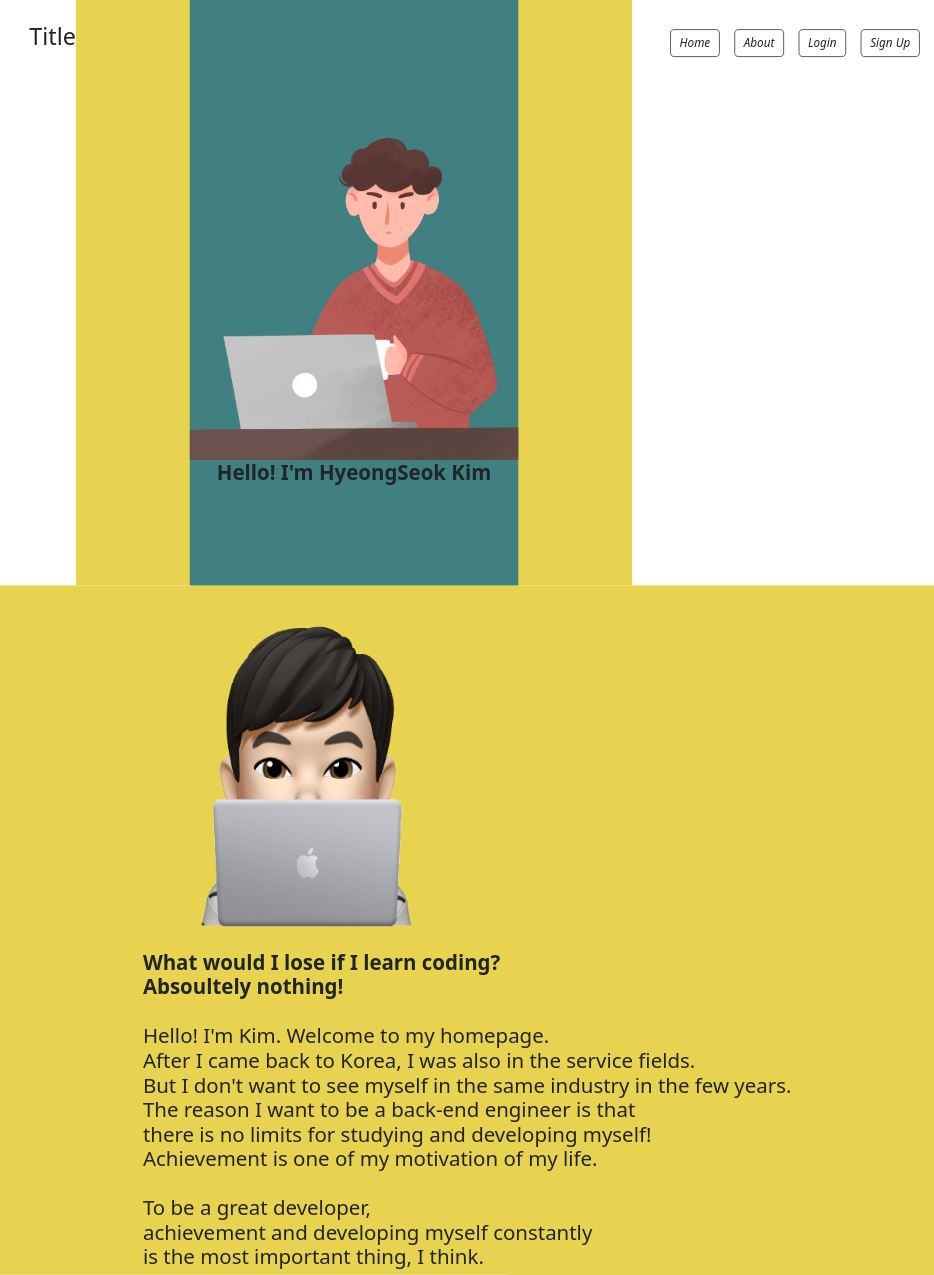
Repository: beruzz/ezen
Page: http://localhost/introduce/
The author's editor kept a copy of each file at every save. The page is drawn from the files as they stood at one save, then again after the next save.
The browser window is 1280 px wide. The pictures show the whole page, at 73% of full size.
The page is served by Tomcat 9. The template is opened directly, without the code that normally fills it, so the values that code supplies are empty.

Above is the page before, as saved 2022-12-14 08:21:57.

After the next save:
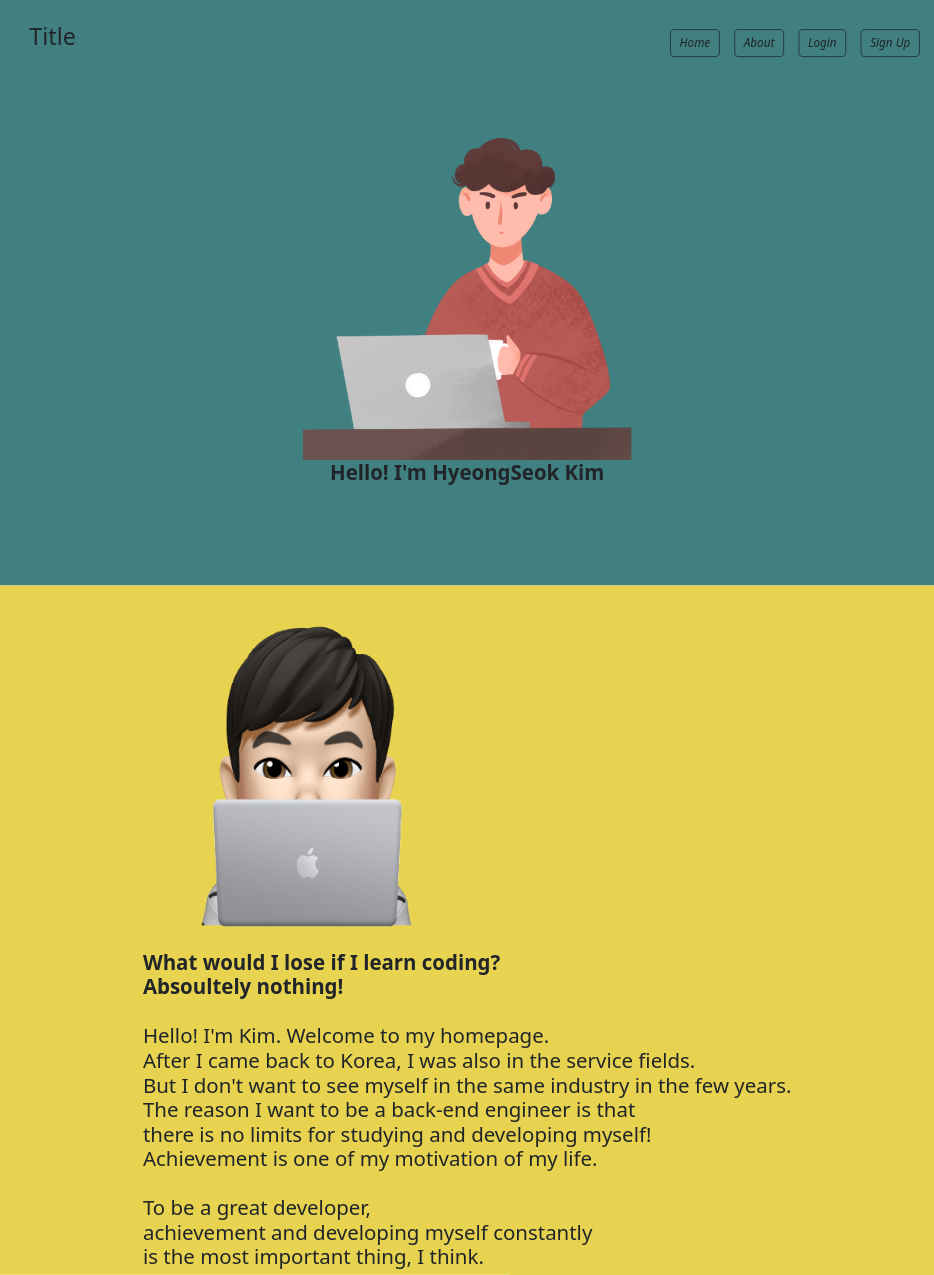
Saved 55 s later.
--- a/JSP_Board&Member/introduce/src/main/webapp/index.jsp
+++ b/JSP_Board&Member/introduce/src/main/webapp/index.jsp
@@ -37,7 +37,7 @@
 		</nav>
 	</header>
 
-		<div class="list">
+
 			<div class="one">
 				<span class="profile"><img src="/images/me.png"
 					width="450px;" height="450px" alt=""></span>
@@ -45,7 +45,7 @@
 					<strong>Hello! I'm HyeongSeok Kim</strong>
 				</h3>
 			</div>
-		</div>
+
 
 		<div class="list">
 			<div class="two">
